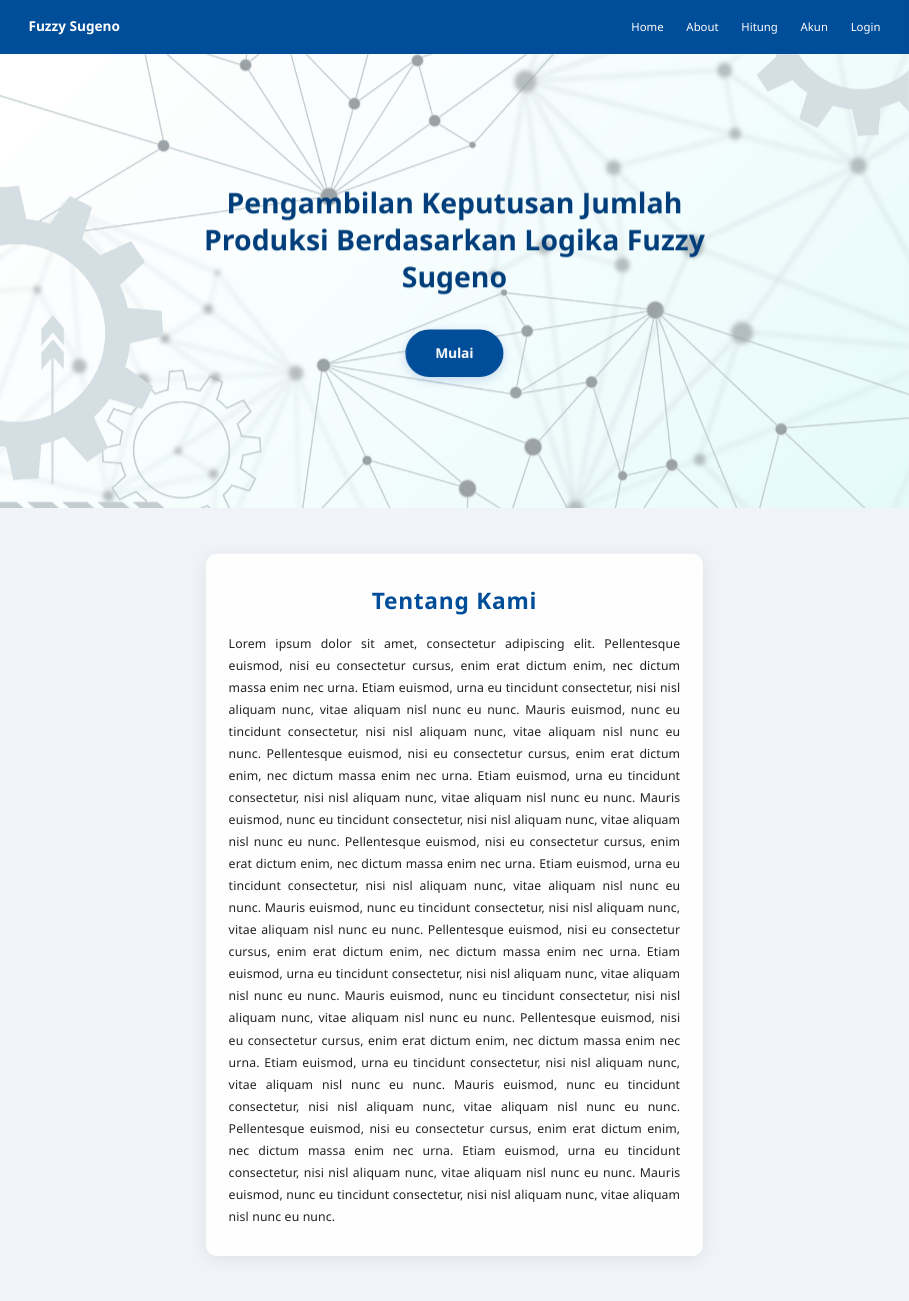
Repository: Senicccc/Defuzzy-Sugeno
Page: http://localhost/
These files come from the project's save history. The page is drawn as it stood at one moment and after the next save; the edit follows.
The browser window is 1280 px wide. The pictures show the whole page, at 71% of full size.
The page is run by PHP 8.4 with error messages shown; the project is at /var/www/html/.

Above is the page before, as saved 2025-06-08 11:41:30.

After the next save:
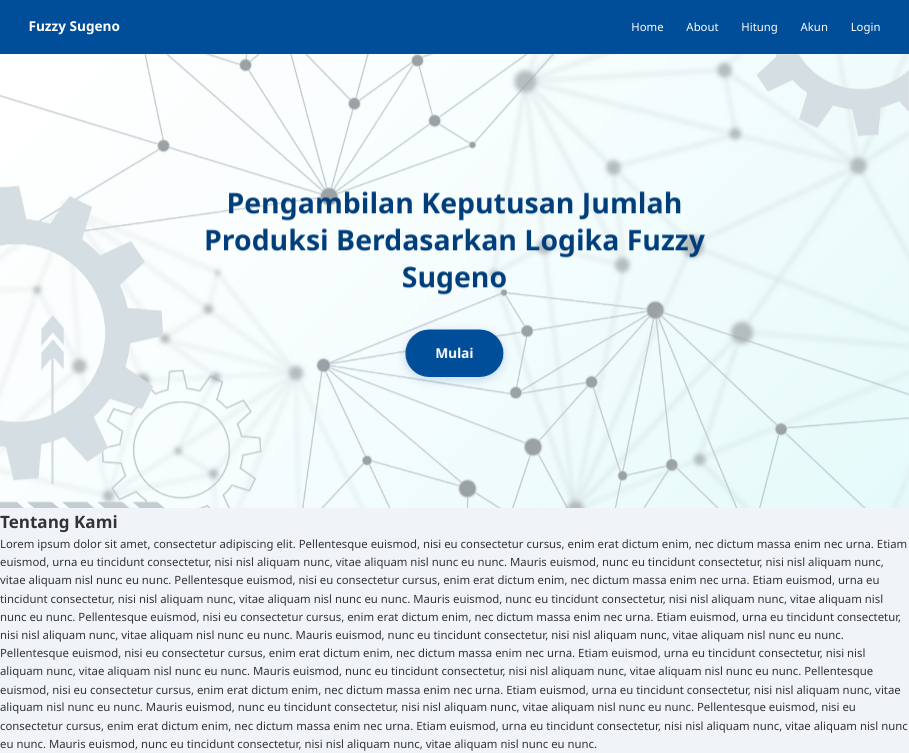
Saved 10 s later.
--- a/css/index.css
+++ b/css/index.css
@@ -104,42 +104,6 @@ body {
     animation: fadeIn 1s ease-out 0.3s both;
 }
 
-/* About Section */
-#about-section {
-    width: 100%;
-    display: flex;
-    flex-direction: column;
-    align-items: center;
-    padding: 64px 16px 64px 16px;
-    background: transparent;
-}
-
-.about-content {
-    max-width: 700px;
-    background: rgba(255,255,255,0.92);
-    border-radius: 16px;
-    padding: 2.5rem 2rem;
-    color: #222;
-    box-shadow: 0 4px 24px rgba(0,0,0,0.08);
-    text-align: left;
-    margin: 0 auto;
-}
-
-.about-content h1 {
-    color: #004d99;
-    margin-bottom: 1.2rem;
-    font-size: 2rem;
-    font-weight: 900;
-    text-align: center;
-    letter-spacing: 1px;
-}
-
-.about-content p {
-    font-size: 1.08rem;
-    line-height: 1.8;
-    letter-spacing: 0.01em;
-    text-align: justify;
-}
 
 /* Responsive */
 @media (max-width: 768px) {
